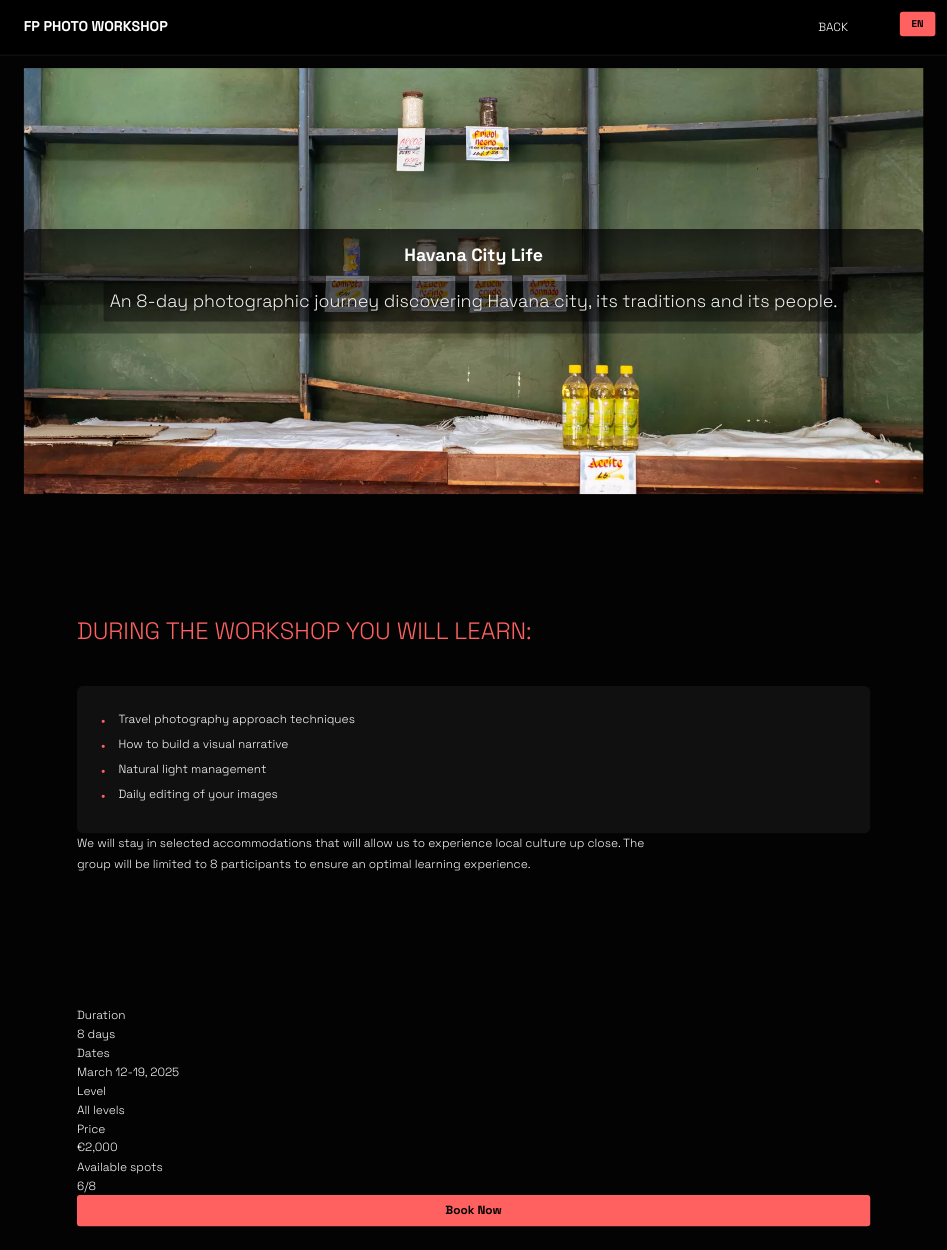
Repository: philipkdpavkia/photo-auto
Page: workshop/cuba.html
These files come from the project's save history. The page is drawn as it stood at one moment and after the next save; the edit follows.
The browser window is 1280 px wide. The pictures show the whole page, at 74% of full size.

Above is the page before, as saved 2024-11-16 23:49:17.

After the next save:
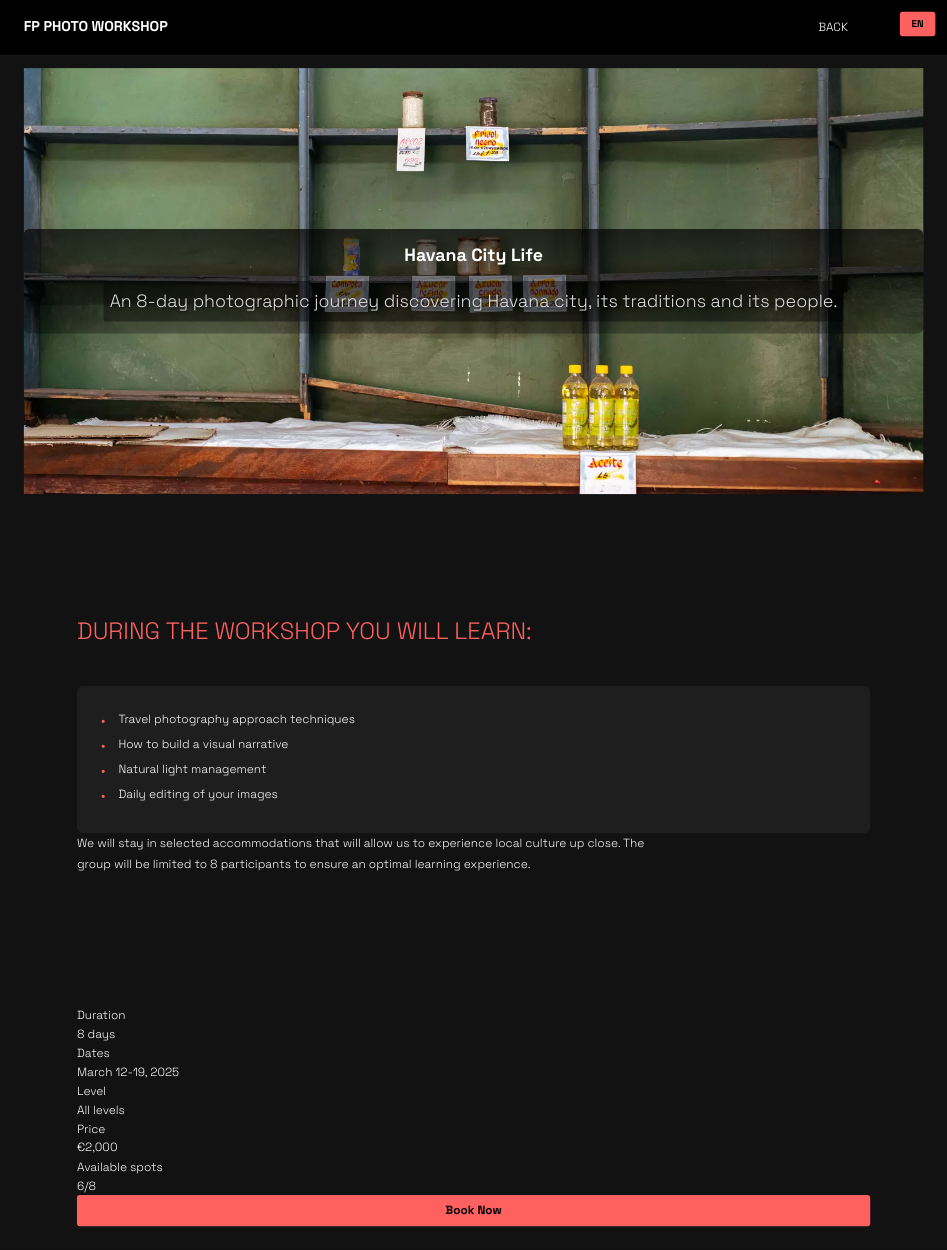
Saved 3 min 5 s later.
--- a/css/style.css
+++ b/css/style.css
@@ -13,11 +13,11 @@
 }
 
 :root {
-    --primary: #ffffff;
-    --background: #030303;
+    --primary: #FFFFFF;
+    --background: #121212;
     --accent: #FF6161;
-    --secondary: #f0f0f0;
-    --highlight: #ffcc00;
+    --secondary: #E0E0E0;
+    --highlight: #FFD700;
     --transition: all 0.4s ease;
     --overlay-bg: rgba(0, 0, 0, 0.4);
     --hover-bg: rgba(0, 0, 0, 0.6);
